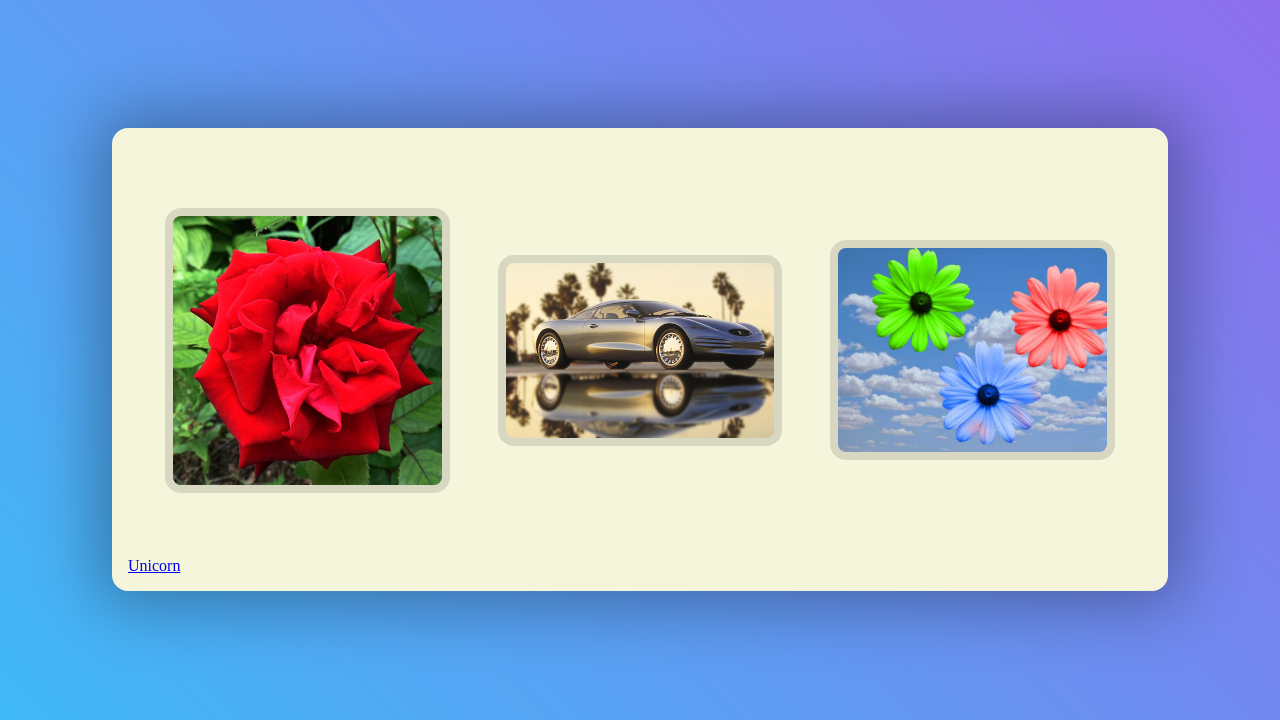
Repository: ViggoSkj/VGY
Page: ovningar/photoshopovning/photoshopovning.html
An editor plug-in stored every save of this project. The page is shown before and after the next save, followed by the edit.
The browser window is 1280 px wide. The pictures show the whole page.

Above is the page before, as saved 2022-11-27 12:19:04.

After the next save:
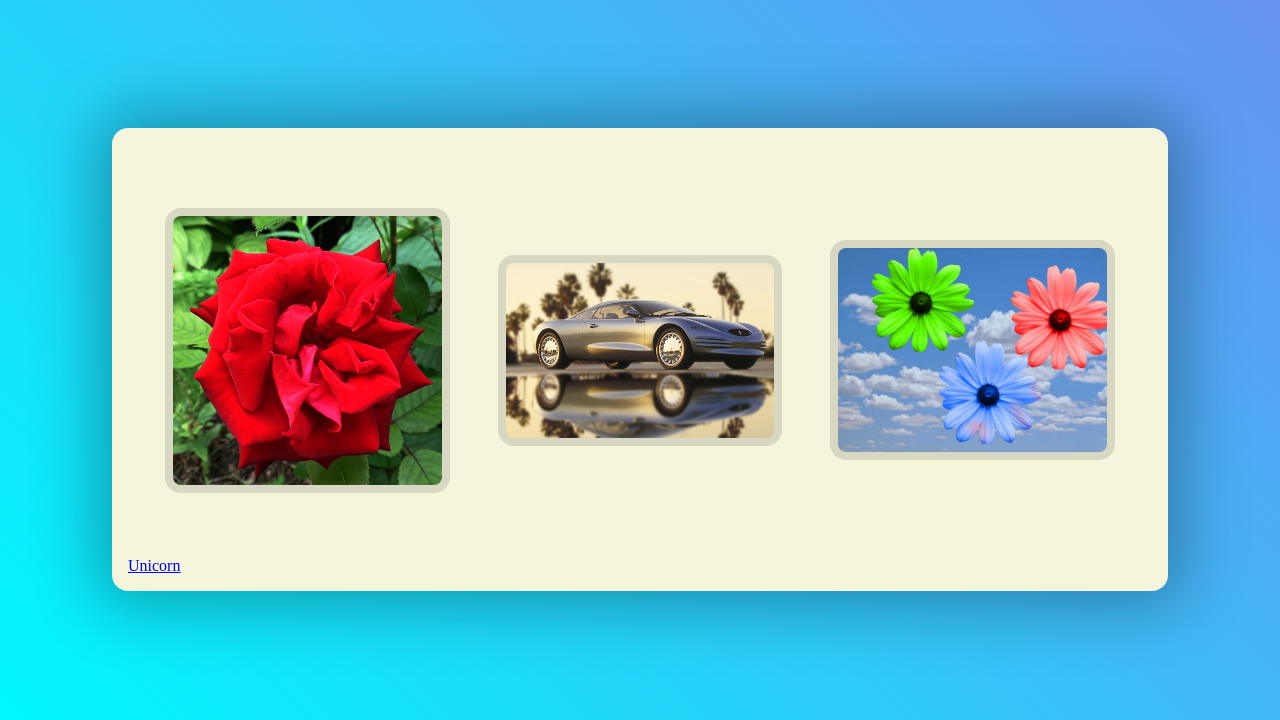
Saved 6 s later.
--- a/ovningar/photoshopovning/public/css/style.css
+++ b/ovningar/photoshopovning/public/css/style.css
@@ -1,6 +1,6 @@
 body
 {
-    background-image: linear-gradient(45deg, rgb(0, 247, 255) -50%, rgb(255, 0, 221) 150%);
+    background-image: linear-gradient(45deg, rgb(0, 247, 255) 0%, rgb(255, 0, 221) 150%);
     background-size: 200% 100%;
     display: flex;
     height: 100%;
